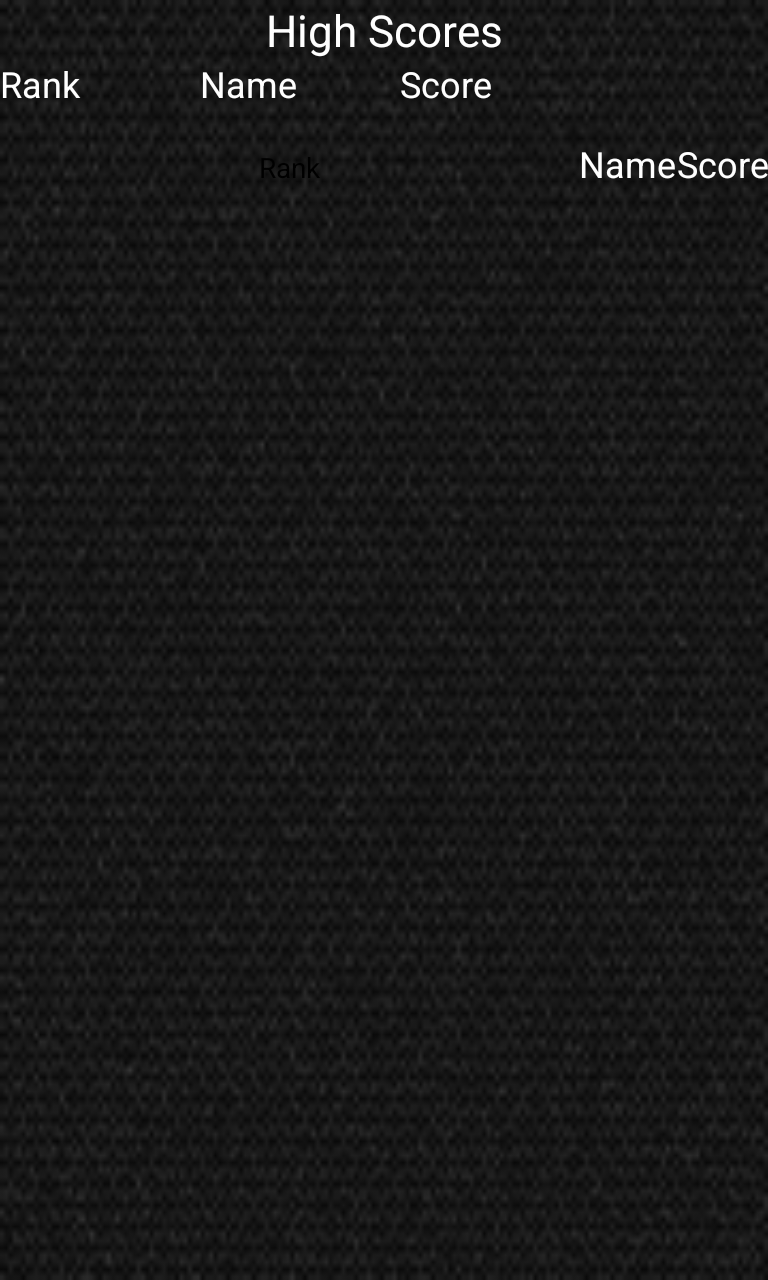
Repository: Tacohen/Killbots
Layout: Killbots/res/layout/high_scores.xml
These files come from the project's save history. The layout is drawn as it stood at one moment and after the next save; the edit follows.
It is drawn on a 768 x 1280 px phone screen (xhdpi) without system bars, with theme AppTheme; the app's code is not run.

Above is the layout before, as saved 2013-12-08 01:46:38.

### Killbots/res/layout/high_scores.xml
<?xml version="1.0" encoding="utf-8"?>
<LinearLayout xmlns:android="http://schemas.android.com/apk/res/android"
    android:layout_width="match_parent"
    android:layout_height="match_parent"
    android:orientation="vertical"
    android:background="@drawable/binding_dark">

    <TextView
        android:id="@+id/intoText"
        android:layout_width="match_parent"
        android:layout_height="wrap_content"
        android:gravity="center"
        android:text="High Scores"
        android:textAppearance="?android:attr/textAppearanceLarge"
        android:textColor="#FFFFFF" />

    <LinearLayout
        android:layout_width="match_parent"
        android:layout_height="wrap_content" >

        <TextView
            android:id="@+id/rankText"
            android:layout_width="100dp"
            android:layout_height="wrap_content"
            android:text="Rank"
            android:textAppearance="?android:attr/textAppearanceMedium"
            android:textColor="#FFFFFF" />

        <TextView
            android:id="@+id/nameText"
            android:layout_width="100dp"
            android:layout_height="wrap_content"
            android:text="Name"
            android:textAppearance="?android:attr/textAppearanceMedium"
            android:textColor="#FFFFFF" />

        <TextView
            android:id="@+id/scoreText"
            android:layout_width="100dp"
            android:layout_height="wrap_content"
            android:text="Score"
            android:textAppearance="?android:attr/textAppearanceMedium"
            android:textColor="#FFFFFF" />

    </LinearLayout>

    <TableLayout
        android:layout_width="match_parent"
        android:layout_height="wrap_content" >

        <TableRow
            android:id="@+id/tableRow1"
            android:layout_width="wrap_content"
            android:gravity="center_horizontal"
            android:layout_height="wrap_content" >

        <TextView
            android:id="@+id/rankText"
            android:text="Rank"
            android:layout_weight="1"
           android:textColor="#000000"
           android:padding="20dip" android:gravity="center"/>

        <TextView
            android:id="@+id/nameText"
            android:layout_height="wrap_content"
            android:gravity="center_horizontal"
            android:text="Name"
            android:textAppearance="?android:attr/textAppearanceMedium"
            android:textColor="#FFFFFF" />

        <TextView
            android:id="@+id/scoreText"
            android:layout_height="wrap_content"
            android:text="Score"
            android:gravity="right"
            android:textAppearance="?android:attr/textAppearanceMedium"
            android:textColor="#FFFFFF" />

        </TableRow>

        <TableRow
            android:id="@+id/tableRow2"
            android:layout_width="wrap_content"
            android:layout_height="wrap_content" >
        </TableRow>

        <TableRow
            android:id="@+id/tableRow3"
            android:layout_width="wrap_content"
            android:layout_height="wrap_content" >
        </TableRow>

        <TableRow
            android:id="@+id/tableRow4"
            android:layout_width="wrap_content"
            android:layout_height="wrap_content" >
        </TableRow>
    </TableLayout>

</LinearLayout>

Loaded but not shown: Killbots/res/values/styles.xml (common file); Killbots/res/values-v11/styles.xml (common file); Killbots/res/values-v14/styles.xml (common file)

After the next save:
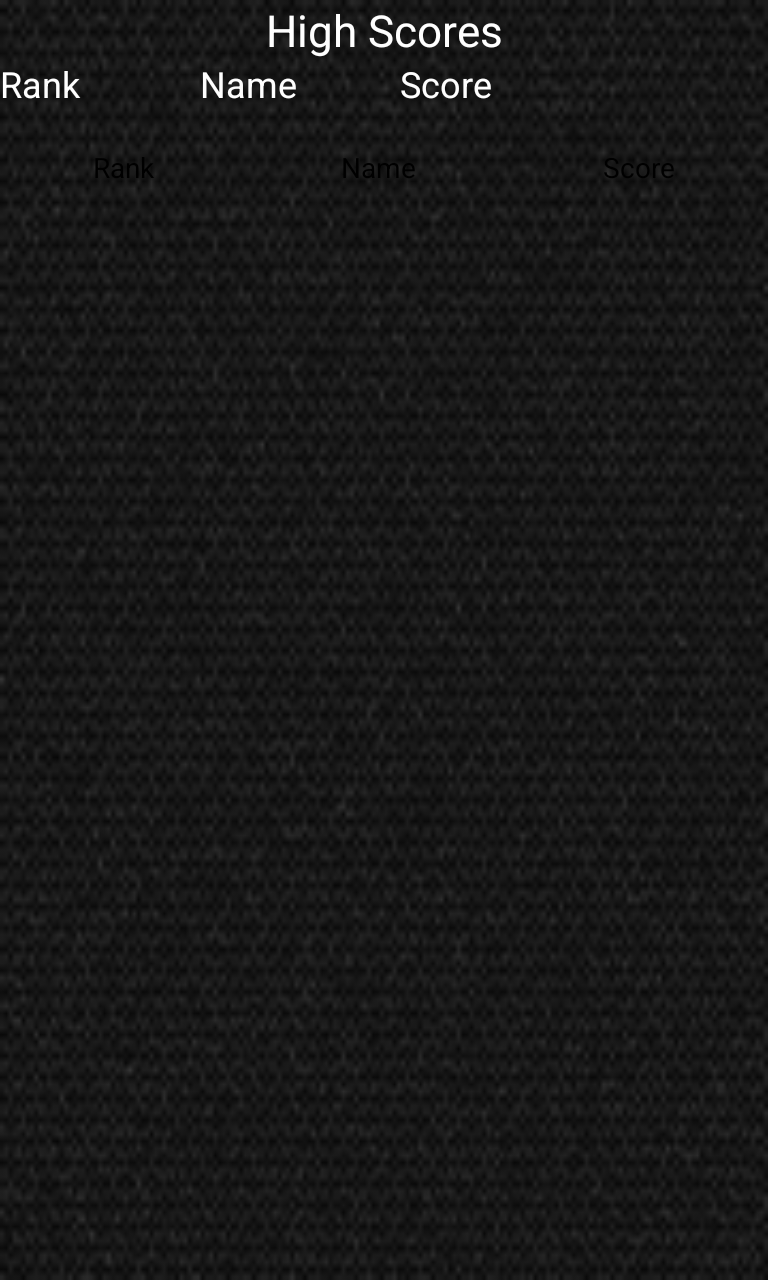
Saved 34 s later.
--- a/Killbots/res/layout/high_scores.xml
+++ b/Killbots/res/layout/high_scores.xml
@@ -58,24 +58,24 @@
             android:id="@+id/rankText"
             android:text="Rank"
             android:layout_weight="1"
-           android:textColor="#000000"
-           android:padding="20dip" android:gravity="center"/>
+            android:textColor="#000000"
+            android:padding="20dip" android:gravity="center"/>
 
         <TextView
             android:id="@+id/nameText"
-            android:layout_height="wrap_content"
-            android:gravity="center_horizontal"
             android:text="Name"
-            android:textAppearance="?android:attr/textAppearanceMedium"
-            android:textColor="#FFFFFF" />
+            android:layout_weight="1"
+            android:textColor="#000000"
+            android:padding="20dip" android:gravity="center"/>
+
 
         <TextView
             android:id="@+id/scoreText"
-            android:layout_height="wrap_content"
             android:text="Score"
-            android:gravity="right"
-            android:textAppearance="?android:attr/textAppearanceMedium"
-            android:textColor="#FFFFFF" />
+            android:layout_weight="1"
+            android:textColor="#000000"
+            android:padding="20dip" android:gravity="center"/>
+
 
         </TableRow>
 
